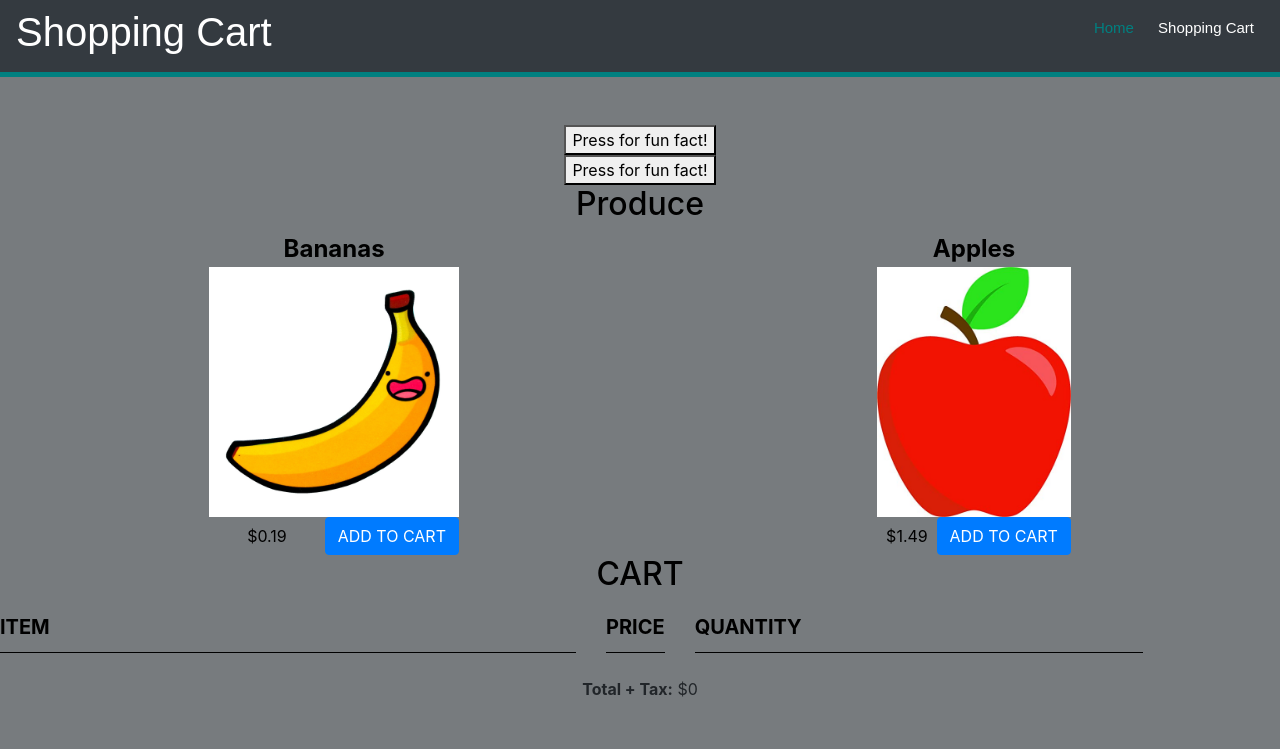
Repository: ElijahHallera/336-Internet-Prog
Page: cst336_s2020Assignment2-master/cst336_s2020Assignment2-master/shoppingcart.html
The author's editor kept a record of every edit. The page is drawn from the files as they stood at one moment, then again after the next edit.
The browser window is 1280 px wide. The pictures show the whole page.

Above is the page before.

After the next edit:
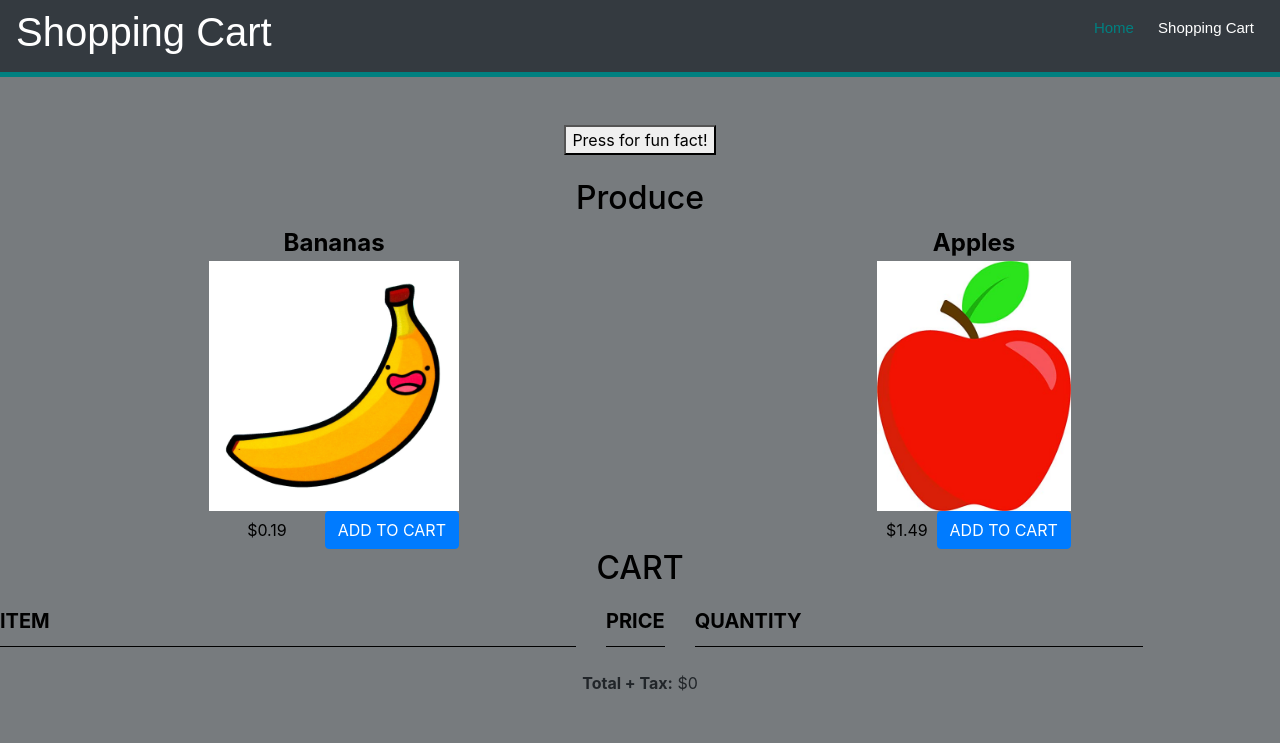
The edit:
--- a/cst336_s2020Assignment2-master/cst336_s2020Assignment2-master/shoppingcart.html
+++ b/cst336_s2020Assignment2-master/cst336_s2020Assignment2-master/shoppingcart.html
@@ -27,10 +27,9 @@
 		</br>
 		</br>
 
-		<button id = "fun-fact"> Press for fun fact! </button>
-		</br>
         <section>
             <button id = "fun-fact"> Press for fun fact! </button>
+		    </br>
 		    </br>
             <h2>Produce</h2>
             <div class="items">
